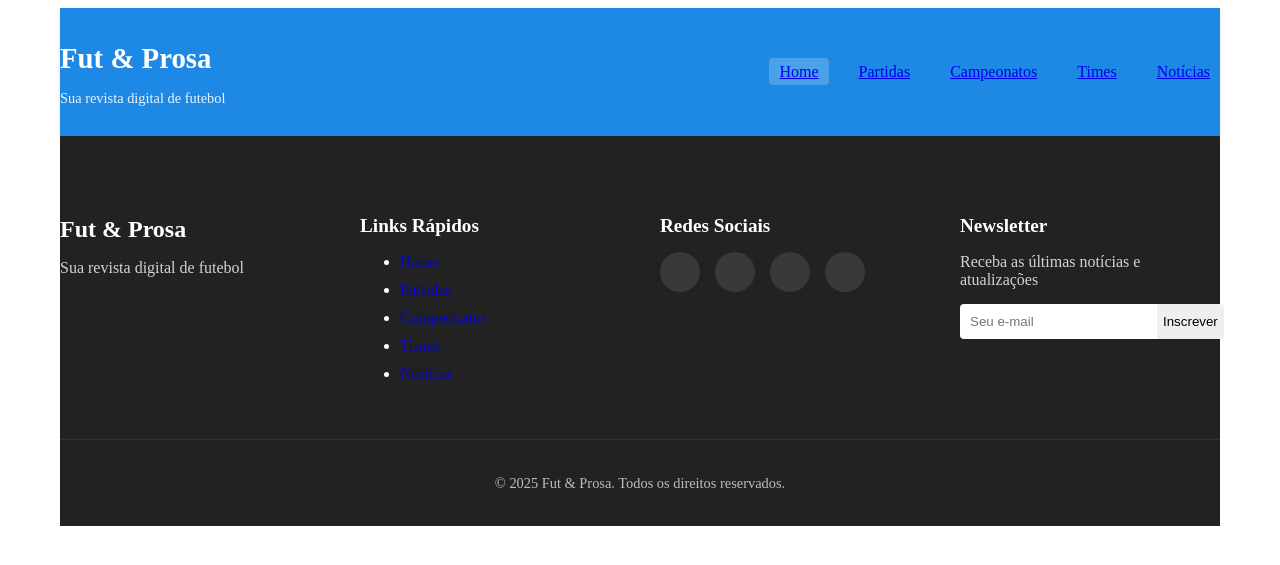
Repository: andreGattermeyer/noticias-futebol-angular
Page: / (app in projeto-fut/)
These files come from the project's save history. The page is drawn as it stood at one moment and after a run of saves; the edit follows.
The browser window is 1280 px wide. The pictures show the whole page.
The project was rebuilt for these pictures with package versions that can differ from the ones it lists, and the page was loaded fresh each time. Also part of the build but not shown: projeto-fut/angular.json.

Above is the page before, as saved 2025-04-09 14:11:45.

After the next 3 saves:
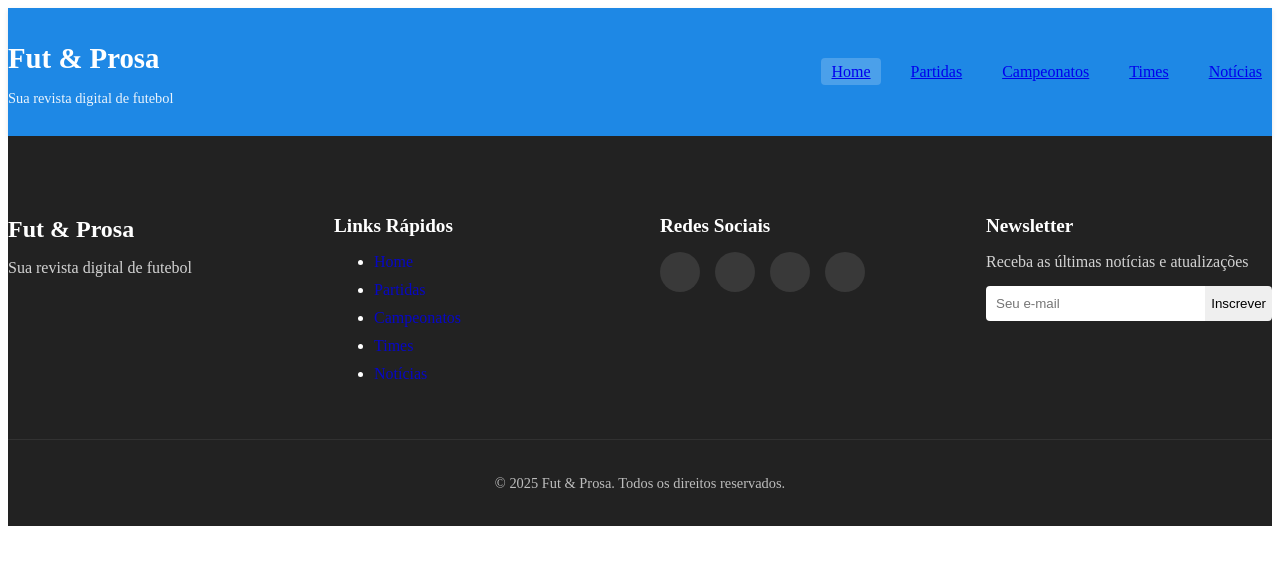
The 3 saves are shown as one change because they came seconds apart.
The last was saved 35 s later.
--- a/projeto-fut/src/app/app.component.css
+++ b/projeto-fut/src/app/app.component.css
@@ -12,11 +12,12 @@ body {
   background-color: #f5f5f5;
 }
 
-.container {
+/*.container {
   max-width: 1200px;
   margin: 0 auto;
   padding: 0 20px;
 }
+  */
 
 a {
   text-decoration: none;
